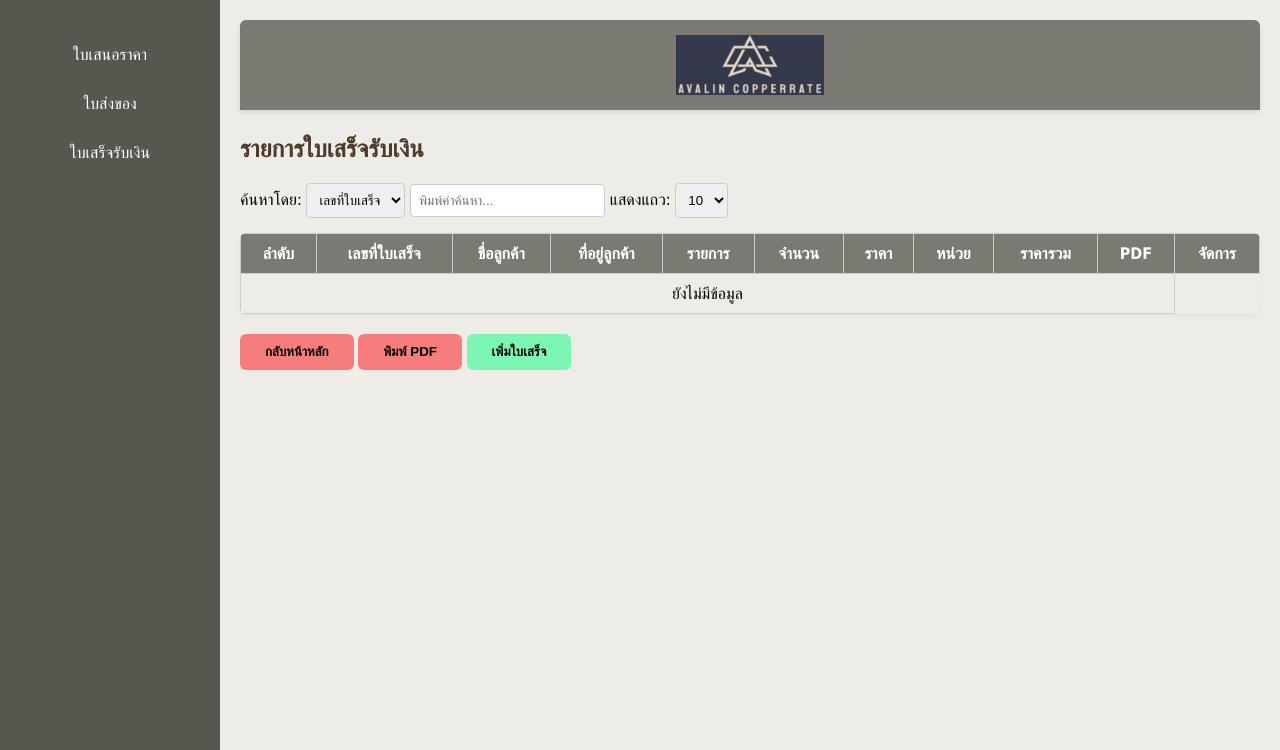
Repository: Hermesmercury88/shop_it
Page: http://localhost/shop/list/all_receipts1.php
The author's editor kept a copy of each file at every save. The page is drawn from the files as they stood at one save, then again after the next save.
The browser window is 1280 px wide. The pictures show the whole page.
The page is run by PHP 8.4 with error messages shown; the project is at /var/www/html/. Queries for data that is not in the repository find no rows.

Above is the page before, as saved 2025-09-24 23:35:02.

After the next save:
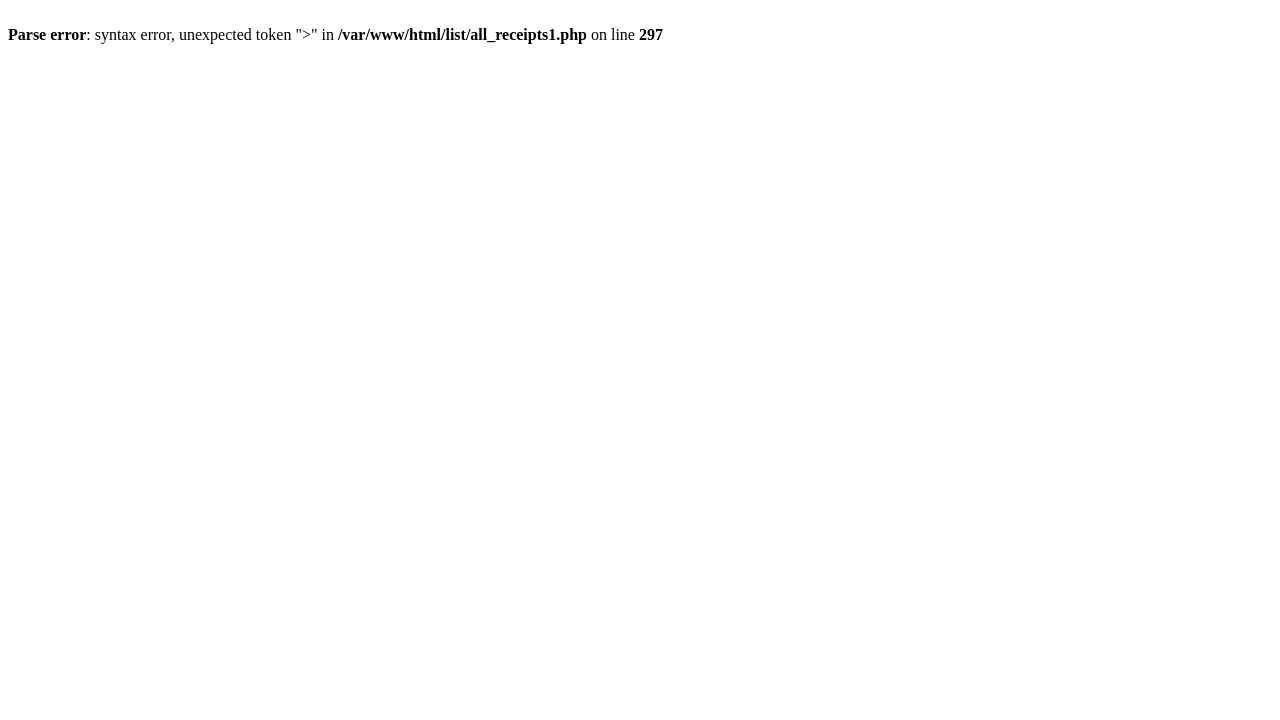
Saved 57 s later.
--- a/list/all_receipts1.php
+++ b/list/all_receipts1.php
@@ -290,6 +290,10 @@
                 echo "<td class='editable col-price'>".number_format($row['price'],2)."</td>";
                 echo "<td class='editable'>".htmlspecialchars($row['unit'])."</td>";
                 echo "<td class='editable col-total'>".number_format($row['total'],2)."</td>";
+                $pdf_file = $row['pdf_file'] ?? "";
+                $pdf_link = $pdf_file ? "../".$pdf_file : "#";
+                echo "<td><a class='action-btn btn-viewpdf' href='{$pdf_link}' target='_blank'>ดู PDF</a></td>";
+                echo "<td>
                 echo "<td>
                         <button class='action-btn btn-edit'>แก้ไข</button>
                         <button class='action-btn btn-delete'>ลบ</button>

After the save that followed:
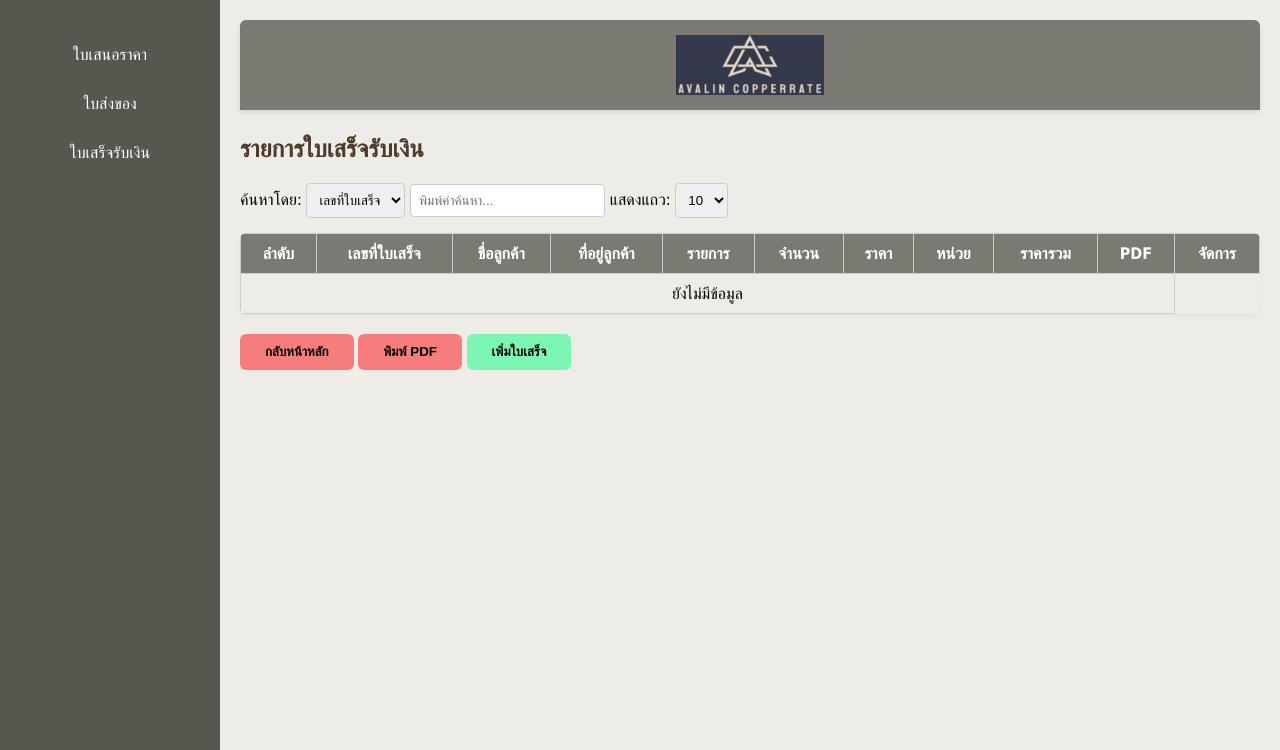
Saved 5 s later.
--- a/list/all_receipts1.php
+++ b/list/all_receipts1.php
@@ -294,7 +294,6 @@
                 $pdf_link = $pdf_file ? "../".$pdf_file : "#";
                 echo "<td><a class='action-btn btn-viewpdf' href='{$pdf_link}' target='_blank'>ดู PDF</a></td>";
                 echo "<td>
-                echo "<td>
                         <button class='action-btn btn-edit'>แก้ไข</button>
                         <button class='action-btn btn-delete'>ลบ</button>
                       </td>";
